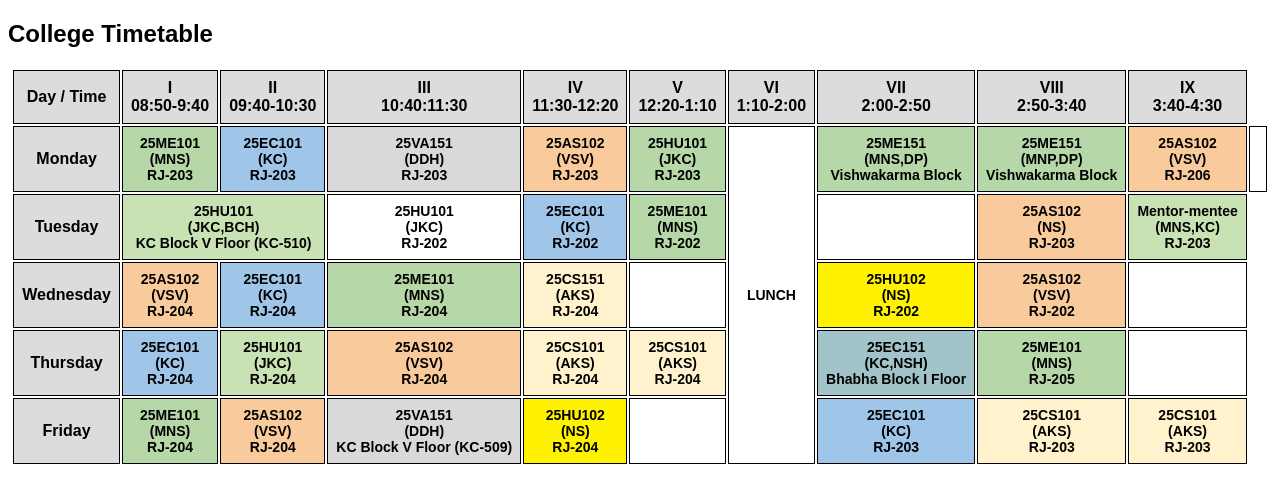
Repository: Glory998/ELCE1-32
Page: experiment3.html
The author's editor kept a copy of each file at every save. The page is drawn from the files as they stood at one save, then again after the next save.
The browser window is 1280 px wide. The pictures show the whole page.

Above is the page before, as saved 2025-10-25 01:06:51.

### experiment3.html
<!DOCTYPE html>
<html lang="en">
    <head>
        <meta charset="UTF"-8>
        <meta name="viewport"
        content="width=device-width,
        initial-scale=1.0">
        <title>Class Timetable</title>
        <style>
            body {
                font-family: Arial, sans-serif;
                text-align: center
                background-color: #f9f9f9;
            }
            table {
                width: 100%
                border-collapse: collapse;
            margin: 20px auto;
            }
            th, td {
                border: 1px solid #000;
                padding: 8px;
                text-align: center;
            }
            th {
                background-color: #dcdcdc;
            }
            td {
                font-size: 14px;
                font-weight: bold;
            }
            /* Subject Color */
            .green { background-color:
                #b6d7a8; }  /* MNS */
                .blue { background-color:
                    #9fc5e8; }  /* KC */
                    .orange {  background-color:
            #f9cb9c; }  /* VSV */
            .yellow { background-color:
                #fff200; }  /* NS */
                .lightgreen { background-color:
                    #c9e2b3; }  /* Mentor/mentee */
                    .grey { background-color:
                        #d9d9d9; }  /* DDH */
                        .cream { background-color:
                            #fff2cc; }  /* AKS */
                            .lightblue { background-color:
                                #a2c4c9; }  /* Lab blocks */
                                </style>
                                </head>
                                <body>

                                    <h2>College Timetable</h2>

                                    <table>
                                        <tr>
                                            <th>Day / Time</th>
                                            <th>I<br>08:50-9:40</th>
                                            <th>II<br>09:40-10:30</th>
                                            <th>III<br>10:40:11:30</th>
                                            <th>IV<br>11:30-12:20</th>
                                            <th>V<br>12:20-1:10</th>
                                            <th>VI<br>1:10-2:00</th>
                                            <th>VII<br>2:00-2:50</th>
                                            <th>VIII<br>2:50-3:40</th>
                                            <th>IX<br>3:40-4:30</th>
                                            </tr>

                                            <tr>
                                                <th>Monday</th>
                                                <td
                                                class="green">25ME101<br>(MNS)<br>RJ-203</td>
                                                <td
                                                class="blue">25EC101<br>(KC)<br>RJ-203</td>
                                                <td
                                                class="grey">25VA151<br>(DDH)<br>RJ-203</td>
                                                <td
                                                class="orange">25AS102<br>(VSV)<br>RJ-203</td>
                                                <td
                                                class="green">25HU101<br>(JKC)<br>RJ-203</td>
                                                <td rowspan="5">LUNCH</td>
                                                <td
                                                class="green">25ME151<br>(MNS,DP)<br>Vishwakarma Block</td>
                                                <td
                                                class="green">25ME151<br>(MNP,DP)<br>Vishwakarma Block</td>
                                                <td
                                                class="orange">25AS102<br>(VSV)<br>RJ-206</td>
                                                <td></td>
                                                </tr>
                                                <th>Tuesday</th>
                                                <td colspan="2"
                                                class="lightgreen">25HU101<br>(JKC,BCH)<br>KC Block V Floor (KC-510)</td>
                                                <td
                                                class="lighgreen">25HU101<br>(JKC)<br>RJ-202</td>
                                                <td
                                                class="blue">25EC101<br>(KC)<br>RJ-202</td>
                                                <td
                                                class="green">25ME101<br>(MNS)<br>RJ-202</td>
                                            <td></td>
                                            <td
                                            class="orange">25AS102<br>(NS)<br>RJ-203</td>
                                            <td
                                            class="lightgreen">Mentor-mentee<br>(MNS,KC)<br>RJ-203</td>
                                            </tr>

                                            <tr>
                                                <th>Wednesday</th>
                                                <td
                                                class="orange">25AS102<br>(VSV)<br>RJ-204</td>
                                                <td
                                                class="blue">25EC101<br>(KC)<br>RJ-204</td>
                                                <td
                                                class="green">25ME101<br>(MNS)<br>RJ-204</td>
                                                <td
                                                class="cream">25CS151<br>(AKS)<br>RJ-204</td>
                                                <td></td>
                                                <td
                                                class="yellow">25HU102<br>(NS)<br>RJ-202</td>
                                                <td
                                                class="orange">25AS102<br>(VSV)<br>RJ-202</td>
                                                <td></td>
                                                </tr>
                                                <th>Thursday</th>
                                                <td
                                                class="blue">25EC101<br>(KC)<br>RJ-204</td>
                                                <td
                                                class="lightgreen">25HU101<br>(JKC)<br>RJ-204</td>
                                                <td
                                                class="orange">25AS102<br>(VSV)<br>RJ-204</td>
                                                <td
                                                class="cream">25CS101<br>(AKS)<br>RJ-204</td>
                                                <td
                                                class="cream">25CS101<br>(AKS)<br>RJ-204</td>
                                                <td
                                                class="lightblue">25EC151<br>(KC,NSH)<br>Bhabha Block I Floor</td>
                                                <td
                                                class="green">25ME101<br>(MNS)<br>RJ-205</td>
                                                <td></td>
                                            </tr>

                                            <tr>
                                                <th>Friday</th>
                                                <td
                                                class="green">25ME101<br>(MNS)<br>RJ-204</td>
                                                <td
                                                class="orange">25AS102<br>(VSV)<br>RJ-204</td>
                                                <tD
                                                class="grey">25VA151<br>(DDH)<br>KC Block V Floor (KC-509)</td>
                                                <td
                                                class="yellow">25HU102<br>(NS)<br>RJ-204</td>
                                                <td></td>
                                                <td
                                                class="blue">25EC101<br>(KC)<br>RJ-203</td>
                                                <td
                                                class="cream">25CS101<br>(AKS)<br>RJ-203</td>
                                                <td
                                                class="cream">25CS101<br>(AKS)<br>RJ-203</td>
                                                </tr>
                                                </table>

                                            </body>
                                            </html>

After the next save:
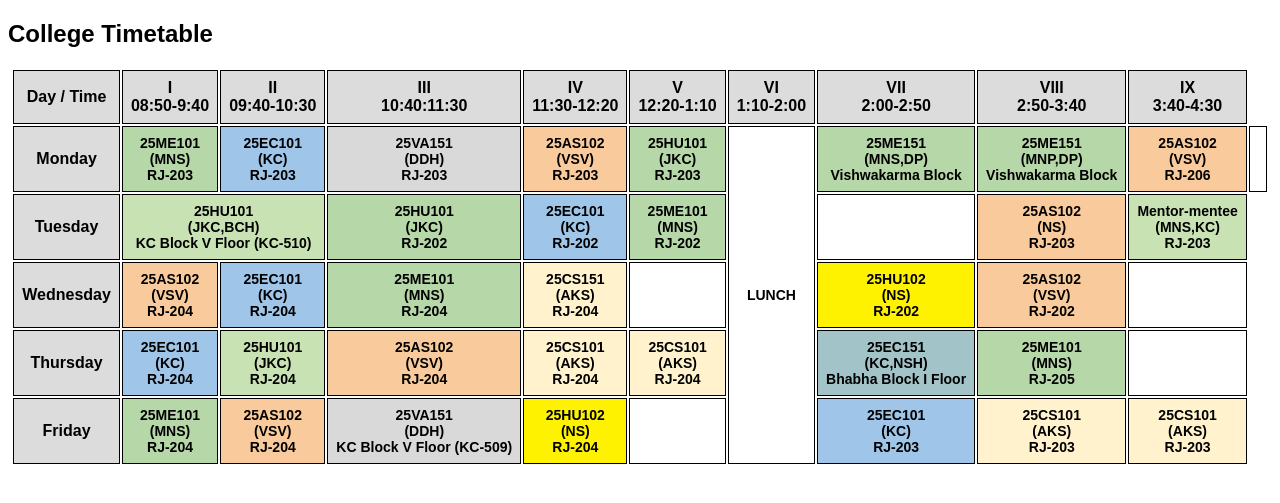
Saved 60 s later.
--- a/experiment3.html
+++ b/experiment3.html
@@ -91,7 +91,7 @@
                                                 <td colspan="2"
                                                 class="lightgreen">25HU101<br>(JKC,BCH)<br>KC Block V Floor (KC-510)</td>
                                                 <td
-                                                class="lighgreen">25HU101<br>(JKC)<br>RJ-202</td>
+                                                class="green">25HU101<br>(JKC)<br>RJ-202</td>
                                                 <td
                                                 class="blue">25EC101<br>(KC)<br>RJ-202</td>
                                                 <td
